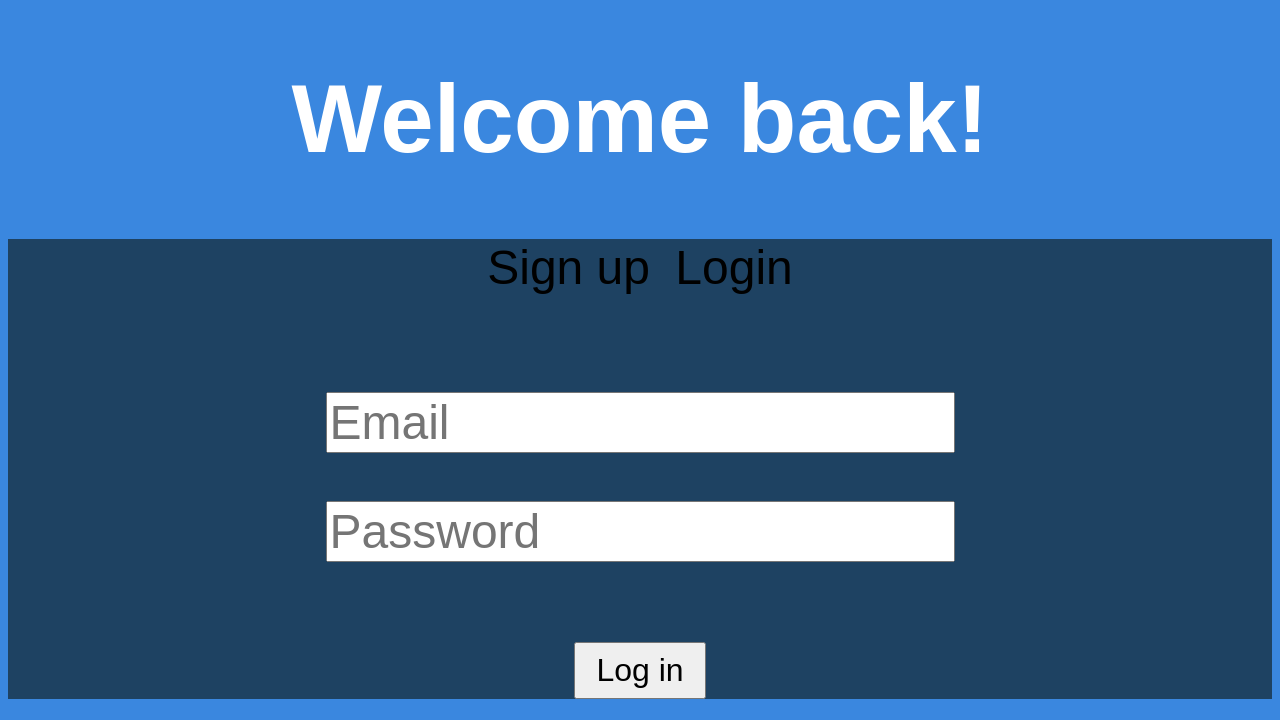
Repository: NicolasssCarlos/basic-flask-login
Page: http://localhost/
An editor plug-in stored every save of this project. The page is shown before and after the next save, followed by the edit.
The browser window is 1280 px wide. The pictures show the whole page.
The page is served by the project's application, run on Flask 3 (app.py).

Above is the page before, as saved 2025-06-11 20:39:02.

After the next save:
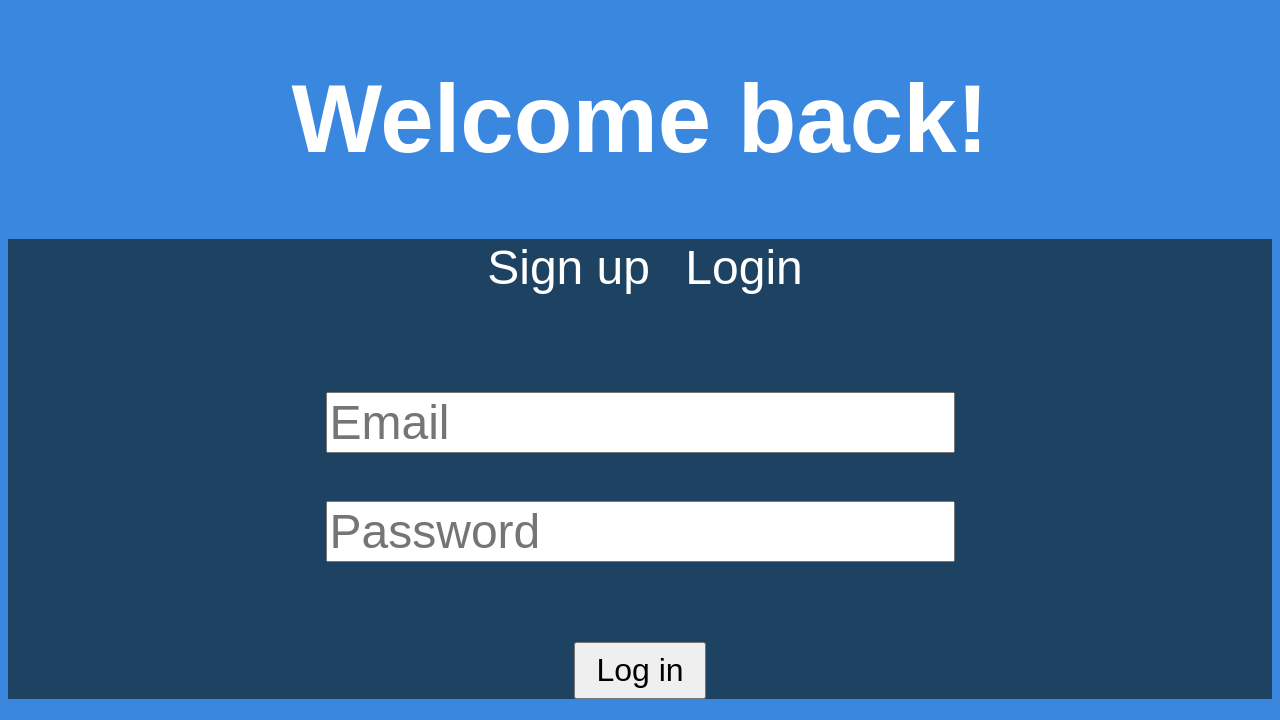
Saved 31 s later.
--- a/static/main.css
+++ b/static/main.css
@@ -153,4 +153,10 @@
 
 
     background: transparent;
+
+
+    color: #fff;
+
+
+    padding-left: 1rem;
 }
